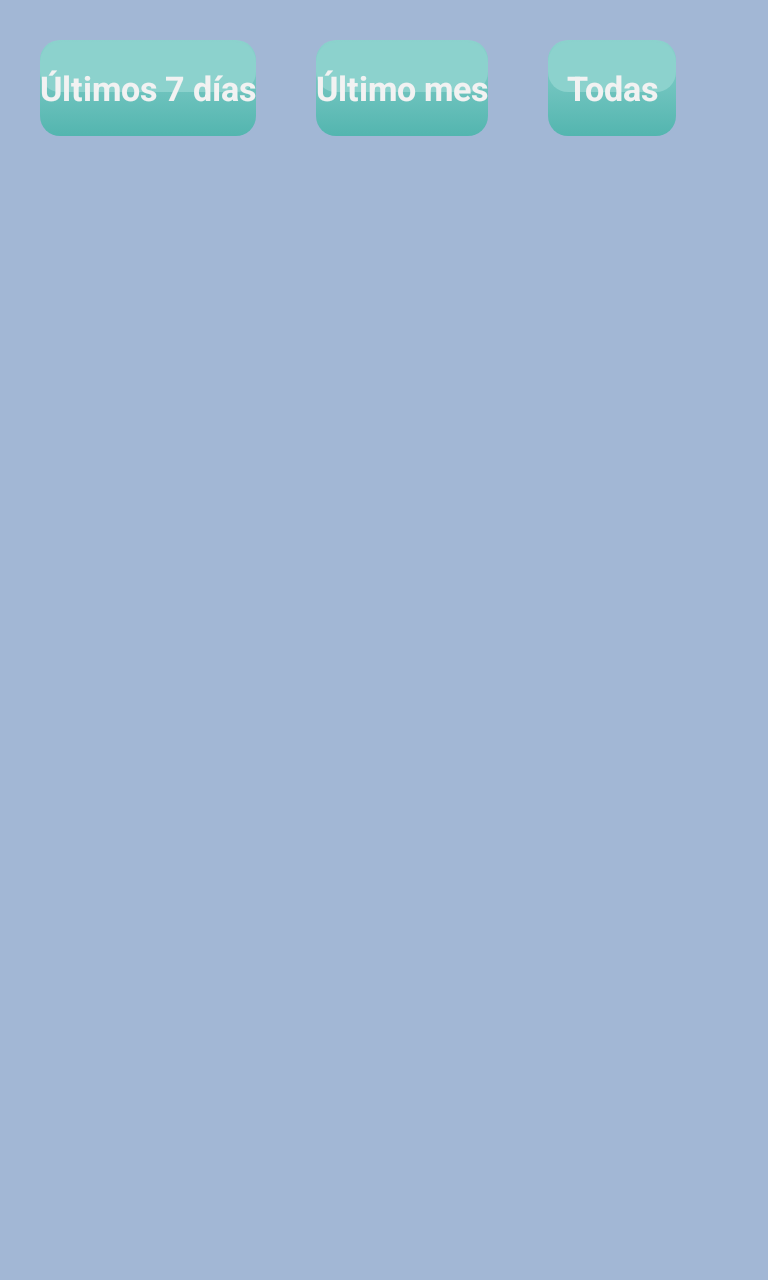
Repository: HectorGarciaMiguel/ssii-diabetes-060036
Layout: SeguimientoDiabetes/res/layout/activity_mostrar_actividades_lista.xml
The author's editor kept a copy of each file at every save. The layout is drawn from the files as they stood at one save, then again after the next save.
It is drawn on a 768 x 1280 px phone screen (xhdpi) without system bars, with theme AppTheme; the app's code is not run. Lists and similar views that code fills are empty.

Above is the layout before, as saved 2015-11-20 11:09:34.

After the next save:
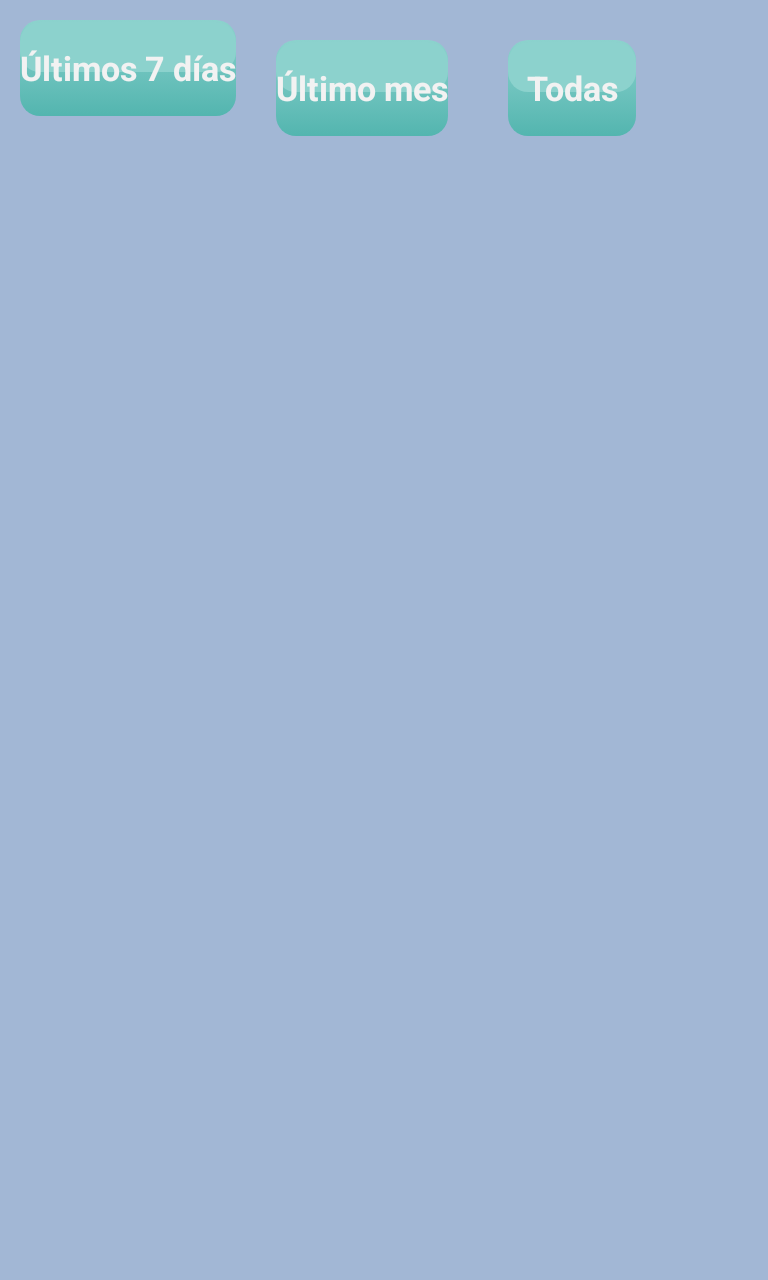
Saved 57 s later.
--- a/SeguimientoDiabetes/res/layout/activity_mostrar_actividades_lista.xml
+++ b/SeguimientoDiabetes/res/layout/activity_mostrar_actividades_lista.xml
@@ -22,6 +22,7 @@
             android:onClick=""
             android:layout_height="wrap_content"
             android:layout_width="wrap_content"
+            android:layout_margin="5dp"
             android:text="Últimos 7 días" />
 
             <Button
